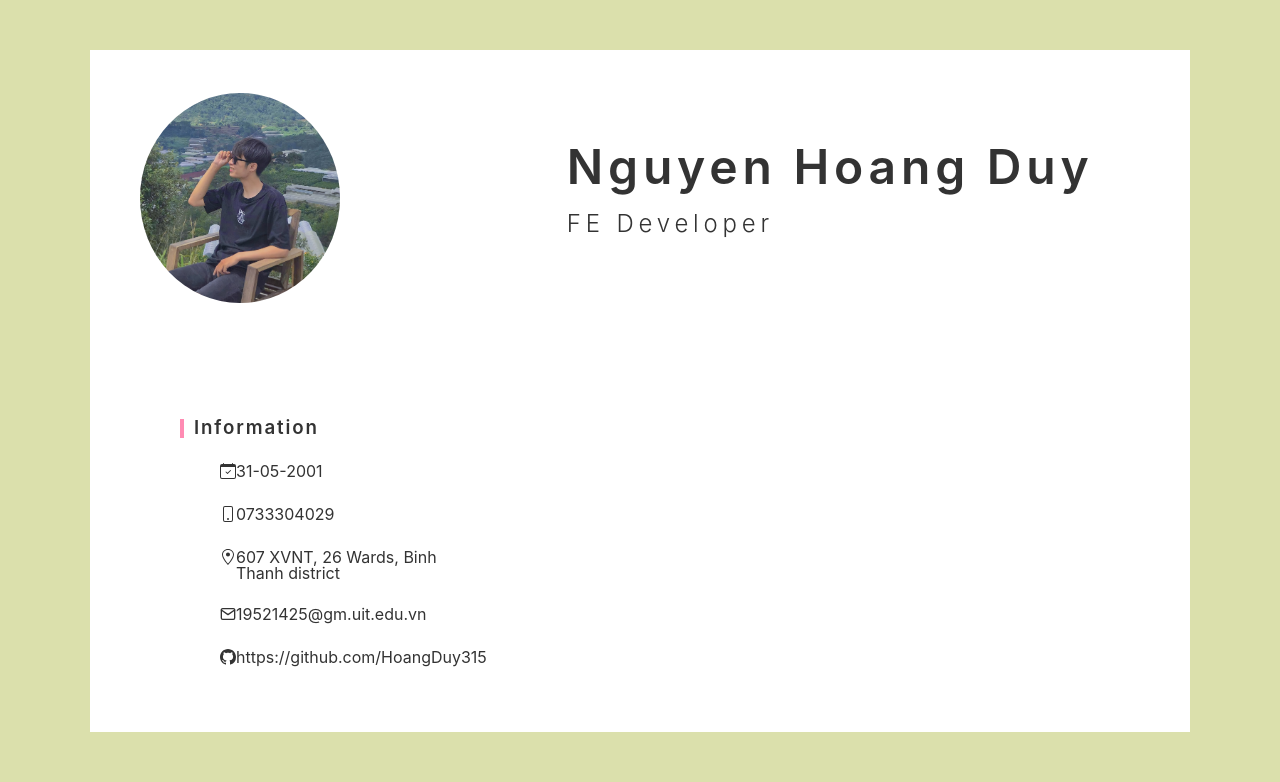
Repository: HoangDuy315/HW_TVK
Page: / (app in hw3cv/)
These files come from the project's save history. The page is drawn as it stood at one moment and after the next save; the edit follows.
The browser window is 1280 px wide. The pictures show the whole page.
The project was rebuilt for these pictures with package versions that can differ from the ones it lists, and the page was loaded fresh each time. Also part of the build but not shown: hw3cv/src/App.css.

Above is the page before, as saved 2022-11-02 12:10:42.

After the next save:
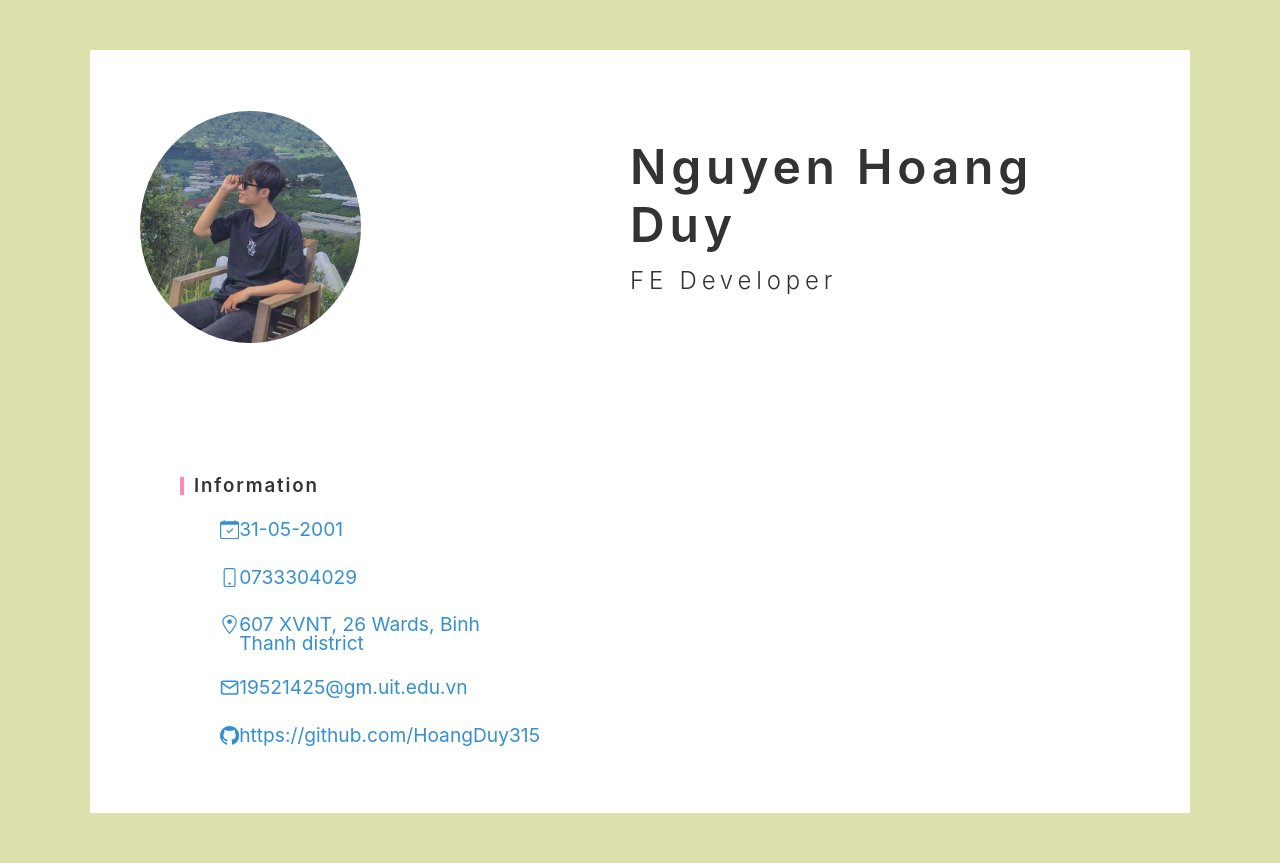
Saved 33 s later.
--- a/hw3cv/src/components/Cv.css
+++ b/hw3cv/src/components/Cv.css
@@ -153,7 +153,7 @@
   display: flex;
 }
 
-.container .contentBox ul li ion-icon {
+.container .contentBox ul li {
   font-size: 1.2em;
   margin-right: 10px;
   color: #3590d2;

After the save that followed:
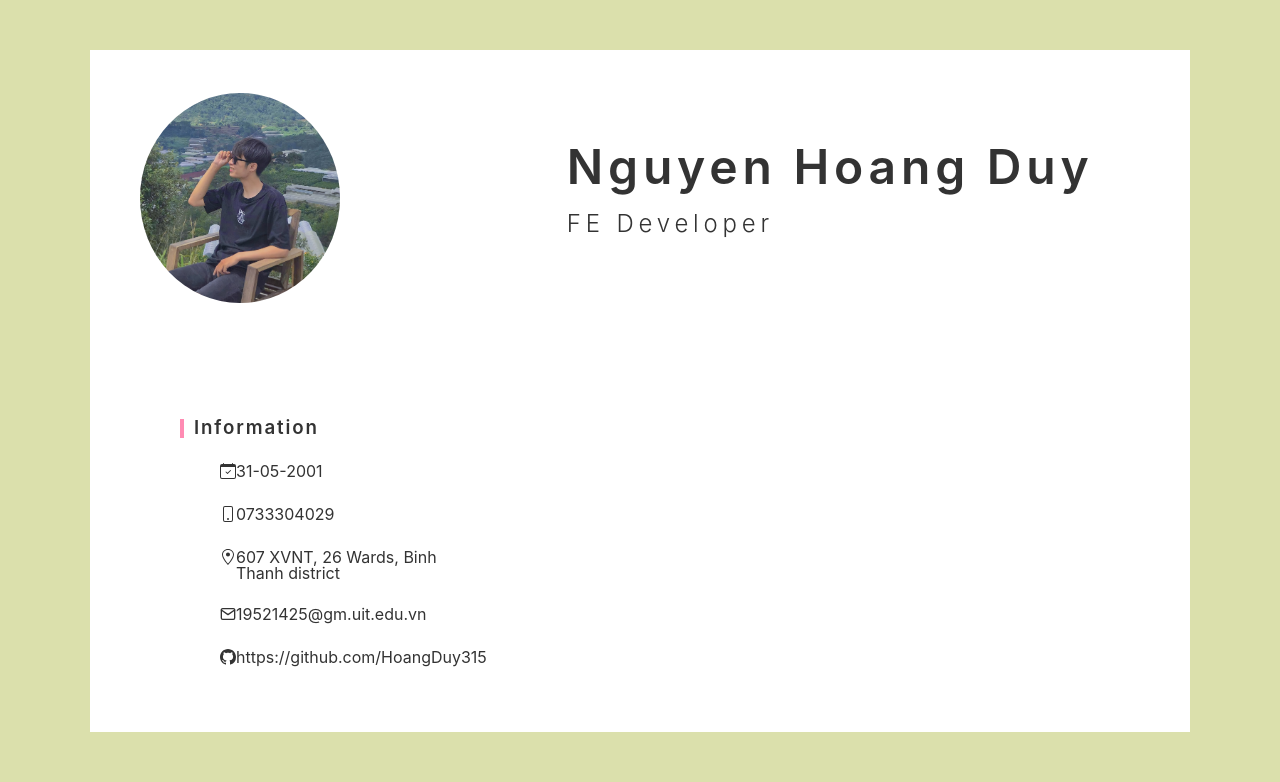
Saved 7 s later.
--- a/hw3cv/src/components/Cv.css
+++ b/hw3cv/src/components/Cv.css
@@ -153,7 +153,7 @@
   display: flex;
 }
 
-.container .contentBox ul li {
+.container .contentBox ul li ion-icon {
   font-size: 1.2em;
   margin-right: 10px;
   color: #3590d2;
